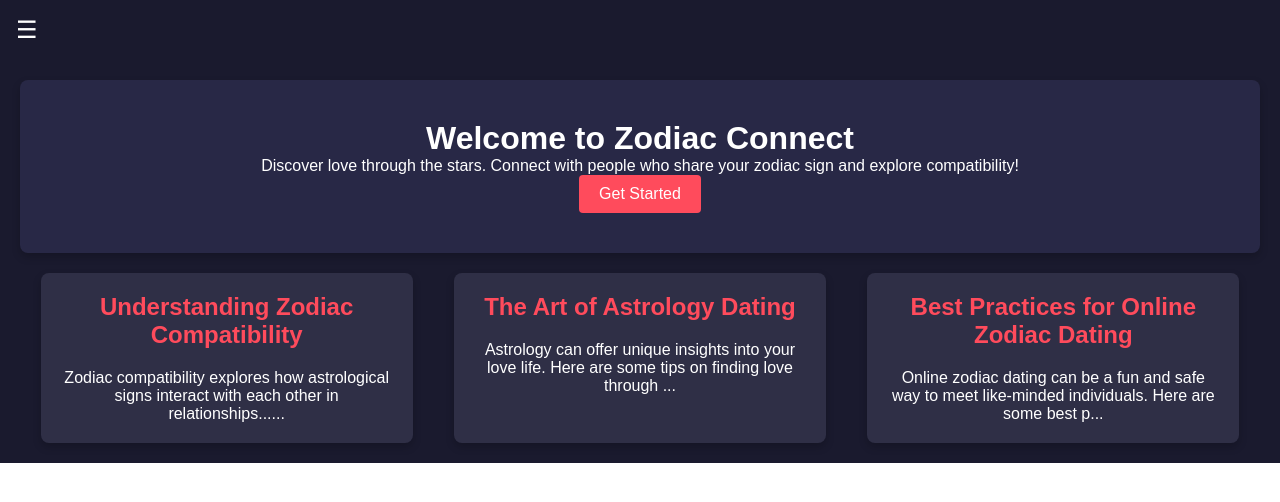
Repository: prachi-d-2/zodiac
Page: / (app in client/)
An editor plug-in stored every save of this project. The page is shown before and after a run of saves, followed by the edit.
The browser window is 1280 px wide. The pictures show the whole page.
The project was rebuilt for these pictures with package versions that can differ from the ones it lists, and the page was loaded fresh each time. Also part of the build but not shown: client/src/services/authService.js, client/src/components/LoginRegister.css, client/src/components/LoginRegister.js, client/src/components/Forum.js, client/src/components/Profile.css, client/src/components/Profile.js, client/src/components/Horoscope.js, client/src/components/Connect.css and 2 more.

Above is the page before, as saved 2024-11-08 01:25:25.

After the next 2 saves:
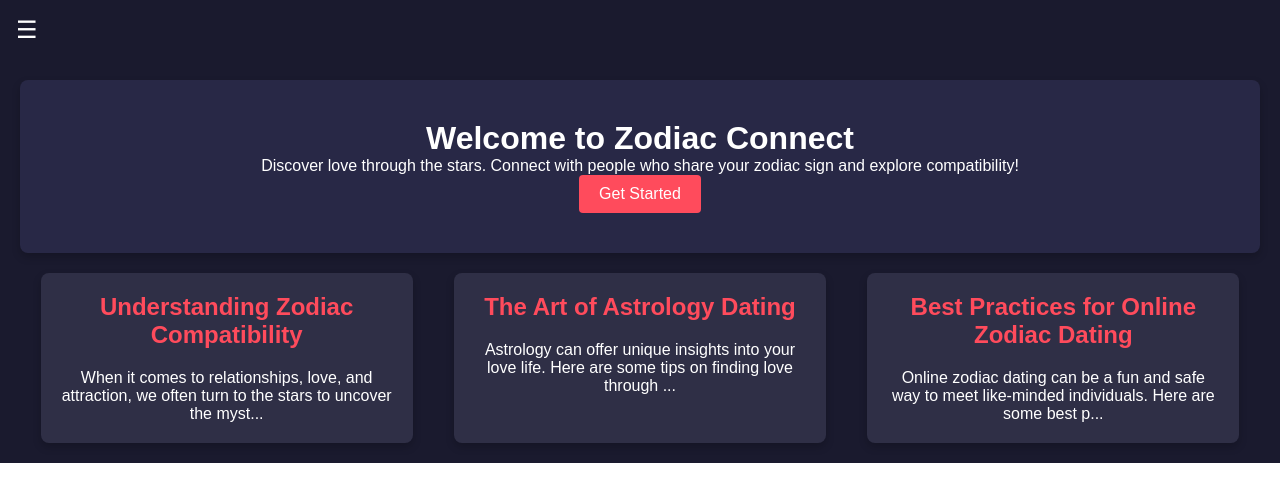
The 2 saves are shown as one change because 1 did not build or start.
The last was saved 4 min 27 s later.
--- a/client/src/components/Home.js
+++ b/client/src/components/Home.js
@@ -1,4 +1,3 @@
-// client/src/components/Home.js
 import React from 'react';
 import { useNavigate } from 'react-router-dom';
 import './Home.css';
@@ -10,17 +9,17 @@ function Home() {
     {
       id: 1,
       title: 'Understanding Zodiac Compatibility',
-      content: 'Zodiac compatibility explores how astrological signs interact with each other in relationships...',
+      content: 'When it comes to relationships, love, and attraction, we often turn to the stars to uncover the mysteries of human connection. Whether you\'re a fiery Aries or a peaceful Pisces, your zodiac sign might hold the key to understanding how you relate to others — especially in love. But does your sign really determine your compatibility with others, or is it all just cosmic nonsense? Let’s explore the enchanting world of zodiac compatibility and uncover how the stars might actually influence the way we connect... (full article continues)',
     },
     {
       id: 2,
       title: 'The Art of Astrology Dating',
-      content: 'Astrology can offer unique insights into your love life. Here are some tips on finding love through astrology...',
+      content: 'Astrology can offer unique insights into your love life. Here are some tips on finding love through astrology... (full article continues)',
     },
     {
       id: 3,
       title: 'Best Practices for Online Zodiac Dating',
-      content: 'Online zodiac dating can be a fun and safe way to meet like-minded individuals. Here are some best practices...',
+      content: 'Online zodiac dating can be a fun and safe way to meet like-minded individuals. Here are some best practices... (full article continues)',
     },
   ];
 
